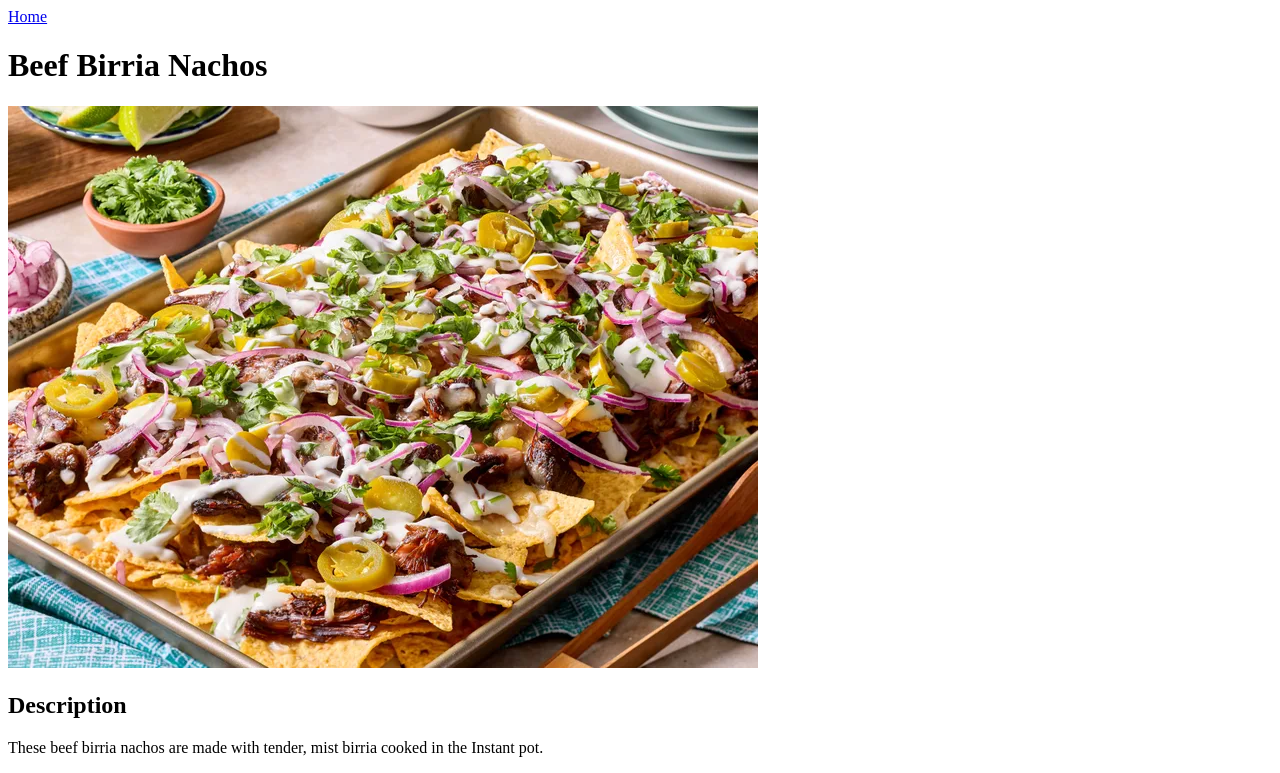
Repository: itsDevAK/odin-recipes
Page: recipes/nachos.html
These files come from the project's save history. The page is drawn as it stood at one moment and after the next save; the edit follows.
The browser window is 1280 px wide. The pictures show the whole page.

Above is the page before, as saved 2026-09-17 10:20:05.

### recipes/nachos.html
<!DOCTYPE html>
<html lang="en">
<head>
    <meta charset="UTF-8">
    <meta name="viewport" content="width=device-width, initial-scale=1.0">
    <title>Beef Birria Nachos</title>
</head>
<body>
    <a href="../index.html">Home</a>
    <h1>Beef Birria Nachos</h1>
    <img src="../images/nachos.webp" alt="">
    <h2>Description</h2>
    <p>These beef birria nachos are made with tender, mist birria cooked in the Instant pot.</p>
</body>
</html>

After the next save:
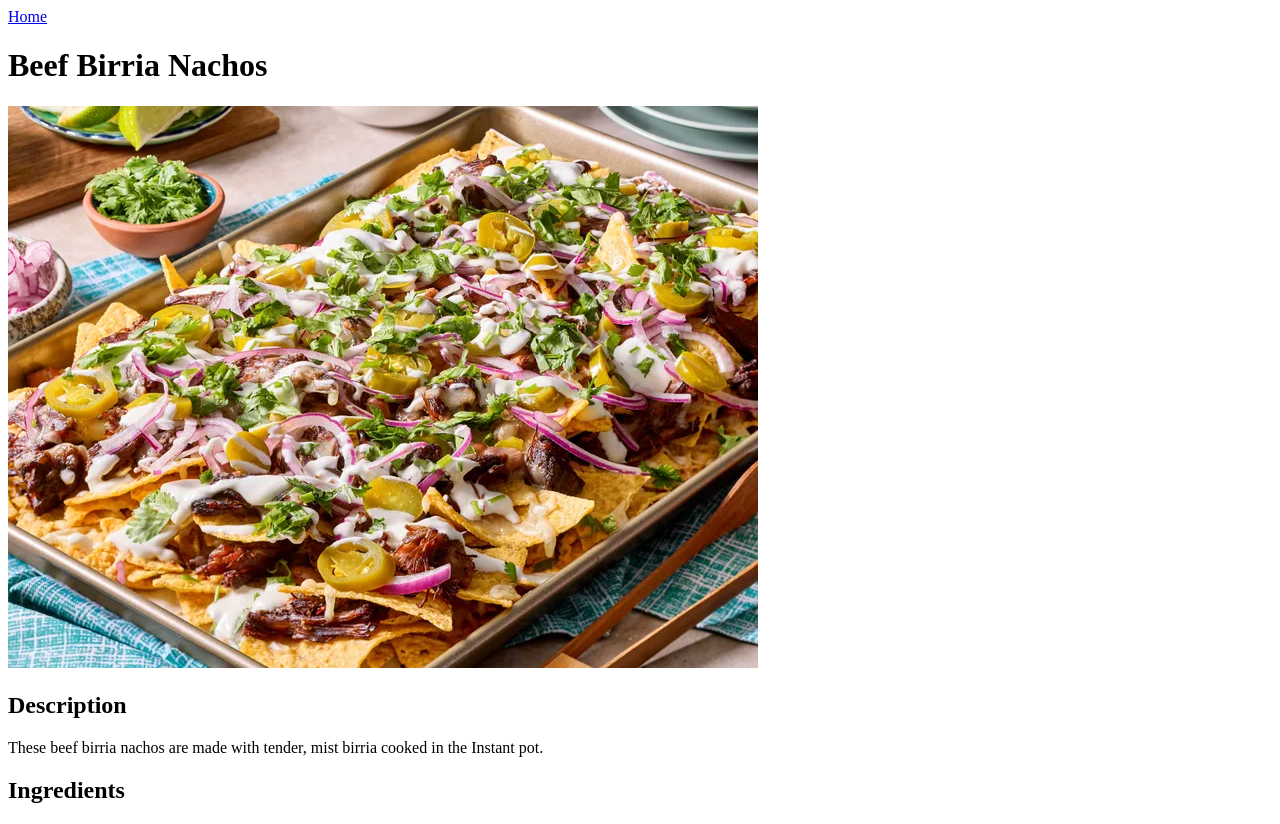
Saved 7 s later.
--- a/recipes/nachos.html
+++ b/recipes/nachos.html
@@ -11,5 +11,6 @@
     <img src="../images/nachos.webp" alt="">
     <h2>Description</h2>
     <p>These beef birria nachos are made with tender, mist birria cooked in the Instant pot.</p>
+    <h2>Ingredients</h2>
 </body>
 </html>
